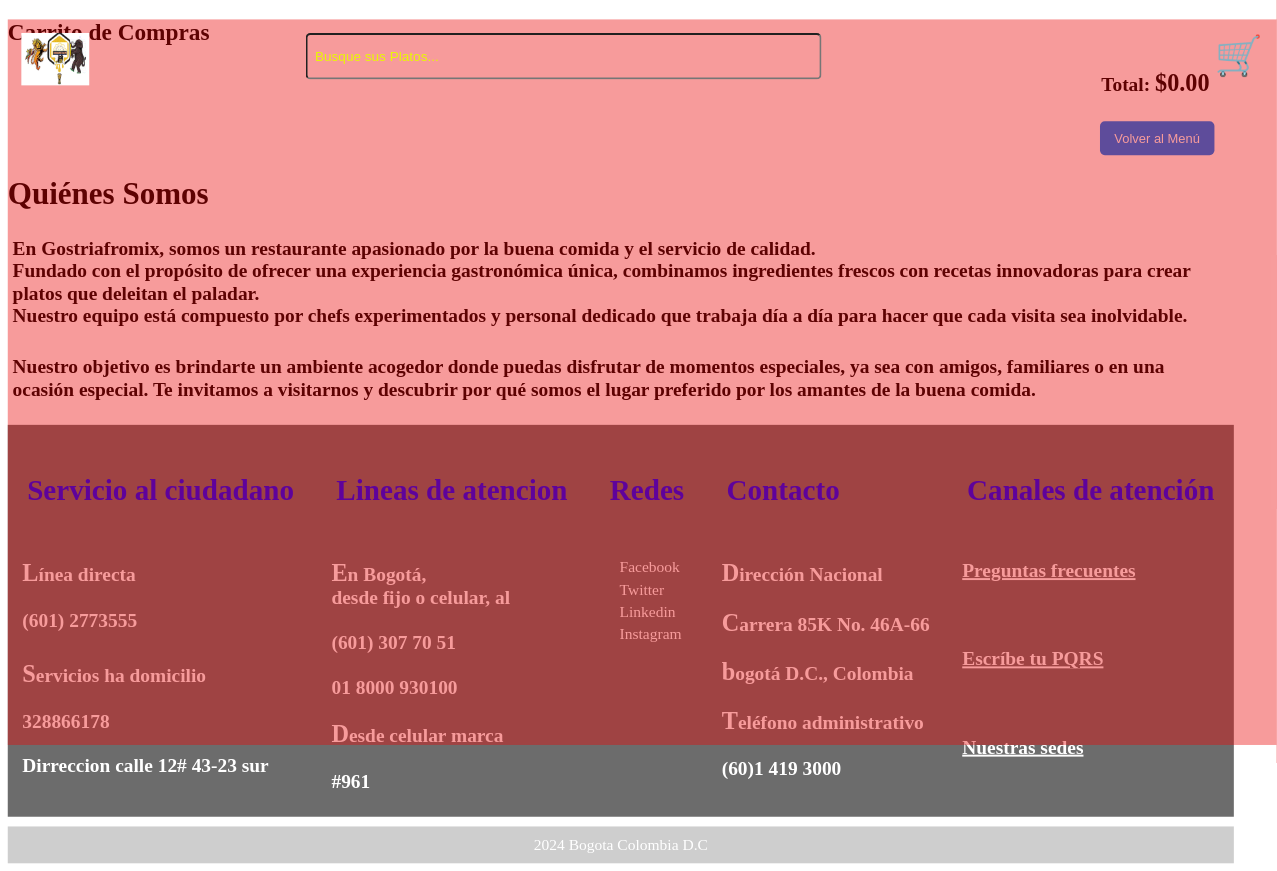
Repository: ye909/app_restaurante
Page: index.html
These files come from the project's save history. The page is drawn as it stood at one moment and after the next save; the edit follows.
The browser window is 1280 px wide. The page is 1316 px wide, so the pictures cover 1316 px, including what lies to the right of the window. The pictures show the whole page, at 97% of full size.

Above is the page before, as saved 2025-01-11 18:51:12.
Console error: TypeError: Cannot read properties of null (reading 'addEventListener')

### index.html
<!-- <!DOCTYPE html>

<html lang="en">
<head>
  <meta charset="UTF-8">
  <meta name="viewport" content="width=device-width, initial-scale=1.0">
  <title>Restaurante</title>
  <link rel="stylesheet" href="./css/style.css">
  <link rel="stylesheet" href="./css/heder.css">
  <link rel="stylesheet" href="./css/opcion_menu.css">
  <link rel="stylesheet" href="./css/modal_card.css">
</head>
<body>




  <h1 class="bienvenida" id="bienvenida">BIENVENIDOS/A</h1>
  <nav>
    <ul>
      <li id="menu-btn"> Menu</li>
      <li></li>
      </li>
      <li><a href="./public/templeis/domicilio.html" target="_blank">Domicilio</a></li>
      <li><a href="./public/templeis/reserva.html" target="_blank">Reserva</a></li>
      <li><a href="#contacto">Contacto</a></li>
      <li><a href="./public/templeis/login.html" target="_blank">Inicio</a></li>
      <li><a href="#somos">Quiénes Somos</a></li>
      <li><a href="./public/templeis/registro.html" target="_blank">Registro</a> </li>
    </ul>
  </nav>

  <main id="menu-view" class="menu-view">
    <div class="filter-buttons">
      <button class="filter" data-region="Todos">Todos</button>
      <button class="filter" data-region="Latinoamérica">Latinoamérica</button>
      <button class="filter" data-region="Centroamérica">Centroamérica</button>
      <button class="filter" data-region="Suramérica">Suramérica</button>
    </div>
    <div id="menu-items" class="menu-items"></div>
    <div><h1>aaas</h1></div>
    <audio id="clickSound" src="./public/audio/mouse_btn3.mp3"></audio>
  </main>






</body>
</html> -->
<!DOCTYPE html>
<html lang="en">
<head>
  <meta charset="UTF-8">
  <meta name="viewport" content="width=device-width, initial-scale=1.0">
  <title>Document</title>
  <link rel="stylesheet" href="/css/menu_principal.css">
  <link rel="stylesheet" href="/css/footer.css">
  <link rel="stylesheet" href="/css/heder.css">
  <link rel="stylesheet" href="/css/modal_card.css">
</head>
<body>
  <header>
    <div class="container_header_card">
      <div class="imagen"><img src="/public/imagen/login.gif" alt=""></div>

      <input type="text" id="buscar" class="buscar" placeholder="Busque sus Platos...">
      <ul id="productList" class="productList"></ul>

      <div id="cart-btn" class="shopping">🛒</div>

  </header>




  <main id="cart-view"  class="cart-view">
    <h2>Carrito de Compras</h2>

    <div id="cart-items" class="cart-items"></div>
    <div class="cart-total">
      <p>Total: <span id="cart-total">$0.00</span></p>
      <button id="back-to-menu">Volver al Menú</button>
    </div>
  </main>


  <div class="container quienes-somos" id="somos">
    <h1>Quiénes Somos</h1>
    <p>En <strong>Gostriafromix</strong>, somos un restaurante apasionado por la buena comida y el servicio de calidad.
      <br>
      Fundado con el propósito de ofrecer una experiencia gastronómica única, combinamos ingredientes frescos con
      recetas innovadoras para crear platos que deleitan el paladar. <br>
      Nuestro equipo está compuesto por chefs experimentados y personal dedicado que trabaja día a día para hacer que
      cada visita sea inolvidable.
    </p>
    <p>Nuestro objetivo es brindarte un ambiente acogedor donde puedas disfrutar de momentos especiales, ya sea con
      amigos, familiares o en una ocasión especial. Te invitamos a
      visitarnos y descubrir por qué somos el lugar preferido por los amantes de la buena comida.</p>
  </div>

  <footer>
    <div class="conataine_footer">
      <div>
        <h4>Servicio al ciudadano</h4>
        <p><span>L</span>ínea directa <br> <br> (601) 2773555</p>
        <p id="domicilio"><span>S</span>ervicios ha domicilio<br> <br>328866178 <br><br>Dirreccion calle 12# 43-23 sur
        </p>

      </div>

      <div>
        <h4>Lineas de atencion</h4>
        <p><span>E</span>n Bogotá, <br> desde fijo o celular, al <br><br>
          (601) 307 70 51 <br><br>
          01 8000 930100 <br><br>
          <span>D</span>esde celular marca <br><br>
          #961
        </p>
      </div>
      <div>
        <h4>Redes</h4>
        <div><a href=""><i class="fa-brands fa-facebook"> </i></a> Facebook</div>
        <div><a href=""><i class="fa-brands fa-twitter"></i></a>Twitter</div>
        <div><a href=""><i class="fa-brands fa-linkedin"></i> </a>Linkedin</div>
        <div><a href=""><i class="fa-brands fa-instagram"></i></a> Instagram</div>
      </div>
      <div>
        <h4 id="contacto">Contacto</h4>
        <p><span>D</span>irección Nacional<br><br>
          <span>C</span>arrera 85K No. 46A-66<br><br>
          <span>b</span>ogotá D.C., Colombia<br><br>
          <span>T</span>eléfono administrativo<br><br>
          (60)1 419 3000
        </p>
      </div>

      <div>
        <h4> Canales de atención</h4>
        <p><a href="#">Preguntas frecuentes</p></a><br>
        <p><a href="#">Escríbe tu PQRS</p></a><br>
        <p><a href="#">Nuestras sedes</p></a>
      </div>
    </div>
  </footer>
  <div class="container_final">2024 Bogota Colombia D.C</div>


  <script src="./js/script.js"></script>
  <script src="./js/productos.js"></script>
  <script src="./js/dinamico.js"></script>
</body>
</html>

### css/menu_principal.css
:scope{
    padding: 0%;
    margin: 0%;
    overflow: scroll;
}

/* html {
    scroll-behavior: smooth;
    background-image: url(../ublic/imagen/janos.jpg);
    background-repeat: no-repeat;
    background-size: cover;
    background-attachment: fixed;
    background-size: 100% 100%;
    height: auto;
  } */

### css/footer.css
.conataine_footer {
  display: flex;
  justify-content: space-between;
  flex-direction: row;
  flex-wrap: wrap;
  margin: 10px;
}
p {
  padding: 5px;
  font-size: 20px;
  font-weight: bold;
}
span {
  font-size: 25px;
}

:is(.container_final) {
  display: flex;
  justify-content: center;
  align-items: center;
}

h4 {
  color: blue;
  font-size: 30px;
}
:is(.container_final, h4, i) {
  padding: 10px;
}
.container_final {
  background: rgba(12, 12, 12, 0.2);
  color: white;
}
.fa-facebook {
  color: rgb(5, 5, 253);
}
.fa-twitter {
  color: rgb(8, 123, 245);
}
.fa-linkedin {
  color: rgb(71, 71, 155);
}
.fa-instagram {
  color: rgb(243, 17, 17);
}
a {
  cursor: pointer;
}
footer a {
  font-size: 20px;
  color: white;
}
footer {
  background: rgba(10, 10, 10, 0.6);
  color: white;
}

### css/heder.css
.container_header_card{
    display: flex;
    justify-content: space-between;
    justify-items: center;
    flex-direction: row;
    flex-wrap: wrap;
    padding: 14px;
    }

 .productList {
     list-style-type: none;
     padding: 0;
 }

 .productList li {
     padding: 10px;
     border-bottom: 1px solid #ccc;
 }

 .productList li:last-child {
     border-bottom: none;
 }

  .container_header_card img{
    width: 70px;
}
  .shopping{
    font-size: 40px;
cursor: pointer;
}
.buscar::placeholder{
    color:rgb(232, 248, 3);
    font-size: 14px;
}

.buscar {
    width: 40%;
    height: 3.9vh;
    background:transparent;
    color:white;
    font-size: 18px;
    border-radius: 5px;
    margin-left: 20px;
}
:is(.bienvenida,
 .buscar){
     padding: 8px;
 }
 .bienvenida{
    background-image:linear-gradient(to left, rgb(4, 151, 4), rgb(248, 244, 7),  red,rgb(14, 14, 240));
    -webkit-text-fill-color:transparent;
    -webkit-background-clip: text;
    background-clip: text;
    text-align: center;


}

### css/modal_card.css

.container_header_card{
width: 100%;
height: 100vh;
position: absolute;
  background: rgba(235, 7, 7, 0.4);
     /* este es el fondo de carrito*/


    /* display: none; */

     }




     .card {
        width: 15%;
        height: 20vh;
        padding: 10px;
        background: rgba(0, 0, 0, 0.4);
        border-radius: 10px;
     }

     .card img {
       width: 100%;
       height: 150px;
       object-fit: cover;
       border-radius: 5px;
     }

     .card button {
       margin-top: 10px;
       background-color: #007bff;
       color: white;
       border: none;
       padding: 10px;
       border-radius: 5px;
       cursor: pointer;
     }

     .card button:hover {
       background-color: #0056b3;
     }

     .cart-total {
       text-align: right;
       margin: 20px;
     }

     .cart-total button {
       background-color: #007bff;
       color: white;
       border: none;
       padding: 10px 15px;
       cursor: pointer;
       border-radius: 5px;
     }

     .cart-total button:hover {
       background-color: #0056b3;
     }

### js/script.js

  let cart = [];
  let selectedRegion = "Todos";

  const menuView = document.getElementById("menu-view");
  const cartView = document.getElementById("cart-view");
  const menuItemsContainer = document.getElementById("menu-items");
  const cartItemsContainer = document.getElementById("cart-items");
  const cartTotal = document.getElementById("cart-total");

  document.querySelectorAll(".filter").forEach(button => {
    button.addEventListener("click", () => {
      selectedRegion = button.getAttribute("data-region");
      renderMenu();
    });
  });

  document.getElementById("menu-btn").addEventListener("click", () => {
    menuView.style.display = "block";
    cartView.style.display = "none";
  });

  document.getElementById("cart-btn").addEventListener("click", () => {
    menuView.style.display = "none";
    cartView.style.display = "block";
    renderCart();
  });

  document.getElementById("back-to-menu").addEventListener("click", () => {
    menuView.style.display = "block";
    cartView.style.display = "none";
  });

  function renderMenu() {
    menuItemsContainer.innerHTML = "";
    const filteredItems = selectedRegion === "Todos" ? menuItems : menuItems.filter(item => item.region === selectedRegion);
    filteredItems.forEach(item => {
      const card = document.createElement("div");
      card.className = "card";
      card.innerHTML = `
        <img src="${item.image}" alt="${item.name}">
        <h3>${item.name}</h3>
        <p>${item.description}</p>
        <p><strong>$${item.price.toFixed(2)}</strong></p>
        <button onclick="addToCart(${item.id})">Agregar</button>
      `;
      menuItemsContainer.appendChild(card);
    });
  }

  function renderCart() {
    cartItemsContainer.innerHTML = "";
    cart.forEach(item => {
      const cartItem = document.createElement("div");
      cartItem.className = "card";
      cartItem.innerHTML = `
        <h3>${item.name}</h3>
        <p>Cantidad: ${item.quantity}</p>
        <p><strong>$${(item.price * item.quantity).toFixed(2)}</strong></p>
      `;
      cartItemsContainer.appendChild(cartItem);
    });
    const total = cart.reduce((sum, item) => sum + item.price * item.quantity, 0);
    cartTotal.textContent = `$${total.toFixed(2)}`;
  }

  function addToCart(id) {
    const item = menuItems.find(item => item.id === id);
    const cartItem = cart.find(item => item.id === id);
    if (cartItem) {
      cartItem.quantity++;
    } else {
      cart.push({ ...item, quantity: 1 });
    }
  }

  renderMenu();

### js/productos.js
const menuItems = [
  { id: 1, name: "Tacos al Pastor", description: "Delicious tacos", price: 12.99, image: "https://via.placeholder.com/150", region: "Latinoamérica" },
  { id: 2, name: "Pupusas", description: "Thick griddle cakes", price: 9.99, image: "https://via.placeholder.com/150", region: "Centroamérica" },
  { id: 3, name: "Ceviche", description: "Fresh seafood", price: 15.99, image: "https://via.placeholder.com/150", region: "Suramérica" },
];


// const menuItems = [

//     {
//       id:1,
//       nombre: "Bebida caliente",
//       img: "./public/imagen/bebidas_calientes1.PNG",
//       precio: 20000,
//       descripcion1: "hecho en los mejores lugares de paris",
//       cantidad: 1,
//     },

//     {
//       id:4,
//     precio:10000,
//     nombre:"carne",
//     img:"./public/imagen/mexica1.jpg",
//       descripcion:"Los tacos son uno de los mida "
//     , descripcion1:"tanos"
//     },
//     {
//       id:5,
//       precio:100,
//       nombre:"Sancocho",
//       img:"./public/imagen/sancocho.webp",
//         descripcion:"ya no kkkkk",
//          descripcion1:"plato de casula"
//     },
//     {
//       id:6,
//       precio:30000,
//     nombre:"Lechona",
//     img:"./public/imagen/mexica2.jpg",
//       descripcion:"La lechona es un plato típico de la "
//      ,descripcion1:"plátanos rellenos"
//     },
//     {
//       id:7,
//     precio:90000,
//     nombre:"Postre",
//     img:"./public/imagen/postre2.PNG",
//       descripcion:"ya nhhjshhshao ",
//        descripcion1:"Sabor y dulsura en el plato"
//     },
//     {
//       id:8,
//     precio:10000,
//     nombre:"Coltel",
//     img:"./public/imagen/coltel.webp",
//       descripcion:"Los tacos son uno de comida "
//     , descripcion1:"tanos"
//     },

//     {
//       id:10,
//       precio:30000,
//     nombre:"Cerveza",
//     img:"./public/imagen/cervezas.webp",
//       descripcion:"La lechona es un conoce como "
//      ,descripcion1:"plátanos rellenos"
//     },
//     {
//       id:9,
//       precio:100,
//       nombre:"plátanos rellenos",
//       img:"./public/imagen/platano.PNG",
//         descripcion:"ya no kkkkk",
//          descripcion1:"Rellenos de bocadillo y queso"
//     },
//     {
//       id:10,
//       precio:30000,
//     nombre:"Jugos",
//     img:"./public/imagen/JUGOS_NATURALES.jpg",
//       descripcion:"La lechona es unente se conoce como "
//      ,descripcion1:"plátanos rellenos"
//     },
//     {
//       id:11,
//     precio:90000,
//     nombre:"Arrozanas",
//     img:"./public/imagen/mexico6.jpg",
//       descripcion:"ya nhhjshhshao ",
//        descripcion1:"plátanos rellenos"
//     },
//     {
//     id:11,
//     precio:90000,
//     nombre:"Licor",
//     img:"./public/imagen/licores.webp",
//       descripcion:"ya nhhjshhshao ",
//        descripcion1:"plátanos rellenos"
//     }
//     //    contenido:"ya no"
//   ];

### js/dinamico.js

 const menuview = document.getElementById("menu-view")
const menu_principal=document.getElementById("menu_principal").addEventListener("click",ver_menu)

function ver_menu() {
  menuview.style.display="inline"
}
// texto de bienvenida

setTimeout(()=>{
    const bienvenida = document.getElementById("bienvenida").remove()
    bienvenida.style.transition=" background-color 0.3s ease, transform 0.7s ease; "
},3000)


// audio de los botones
const playSound = function () {
    var audio = document.getElementById("clickSound");
    audio.play();
  }



// // Ejemplo de notificación (opcional)
// document.getElementById('btnboton_agregar').addEventListener('click', () => {
//     if (Notification.permission === 'granted') {
//         new Notification('¡Hola desde tu PWA!');
//     } else if (Notification.permission !== 'denied') {
//         Notification.requestPermission().then((permission) => {
//             if (permission === 'granted') {
//                 new Notification('¡Hola desde tu PWA!');
//             }
//         });
//     }
// });

After the next save:
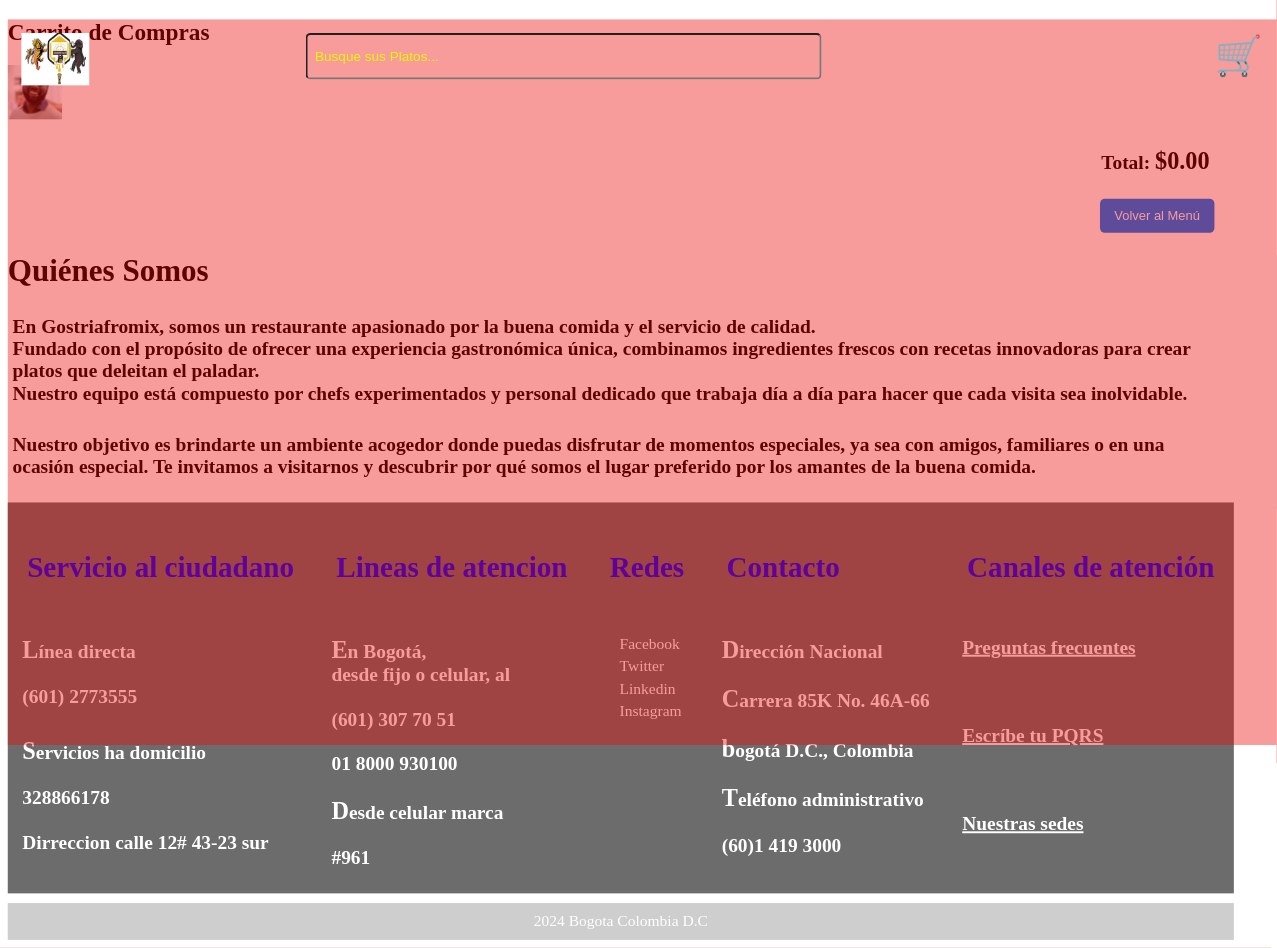
Saved 42 s later.
--- a/index.html
+++ b/index.html
@@ -77,8 +77,12 @@
 
   <main id="cart-view"  class="cart-view">
     <h2>Carrito de Compras</h2>
+    <div class="containe_fondo_card">
 
-    <div id="cart-items" class="cart-items"></div>
+    <div id="cart-items" class="cart-items">
+      <img src="/public/imagen/afro.jpg" alt="">
+    </div>
+    </div>
     <div class="cart-total">
       <p>Total: <span id="cart-total">$0.00</span></p>
       <button id="back-to-menu">Volver al Menú</button>

After the save that followed:
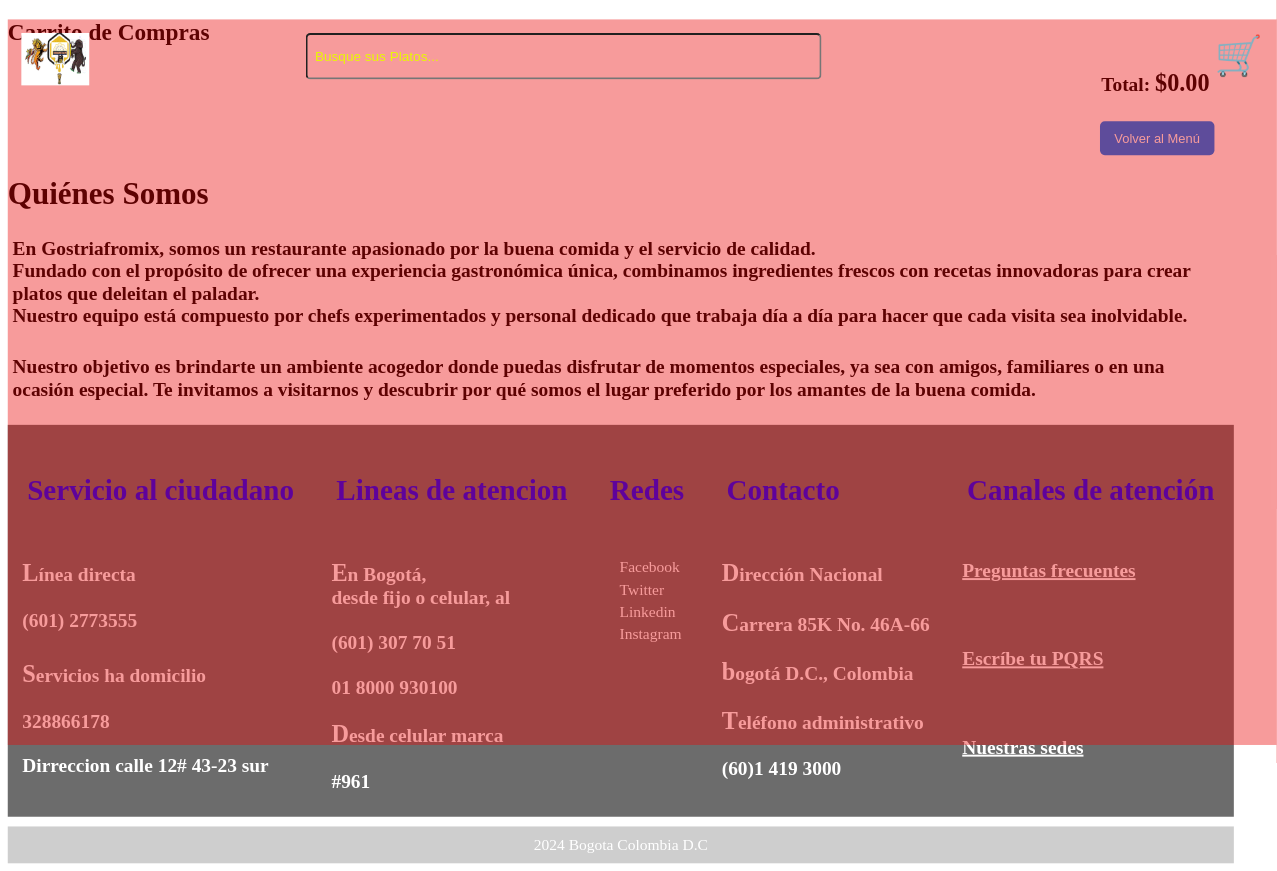
Saved 71 s later.
--- a/index.html
+++ b/index.html
@@ -77,12 +77,7 @@
 
   <main id="cart-view"  class="cart-view">
     <h2>Carrito de Compras</h2>
-    <div class="containe_fondo_card">
-
-    <div id="cart-items" class="cart-items">
-      <img src="/public/imagen/afro.jpg" alt="">
-    </div>
-    </div>
+    <div class="containe_fondo_card"></div>
     <div class="cart-total">
       <p>Total: <span id="cart-total">$0.00</span></p>
       <button id="back-to-menu">Volver al Menú</button>
